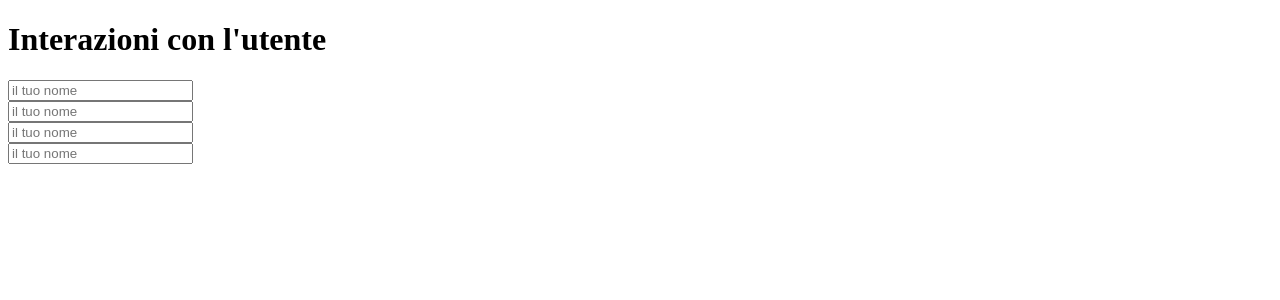
Repository: daniells-21/Pre-Corso-Ch2
Page: Pre-Corso.Ch2/index.html
These files come from the project's save history. The page is drawn as it stood at one moment and after the next save; the edit follows.
The browser window is 1280 px wide. The pictures show the whole page.

Above is the page before, as saved 2023-04-12 12:36:16.

After the next save:
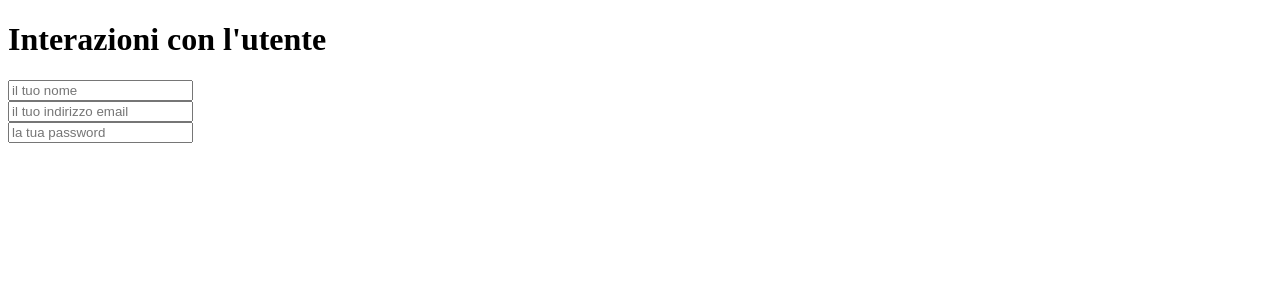
Saved 36 s later.
--- a/Pre-Corso.Ch2/index.html
+++ b/Pre-Corso.Ch2/index.html
@@ -12,13 +12,10 @@
         <input type="text" placeholder="il tuo nome"/>
     </div>
     <div>
-        <input type="email" placeholder="il tuo nome"/>
+        <input type="email" placeholder="il tuo indirizzo email"/>
     </div>
     <div>
-        <input type="text" placeholder="il tuo nome"/>
-    </div>
-    <div>
-        <input type="text" placeholder="il tuo nome"/>
+        <input type="password" placeholder="la tua password"/>
     </div>
 </body>
 </html>
